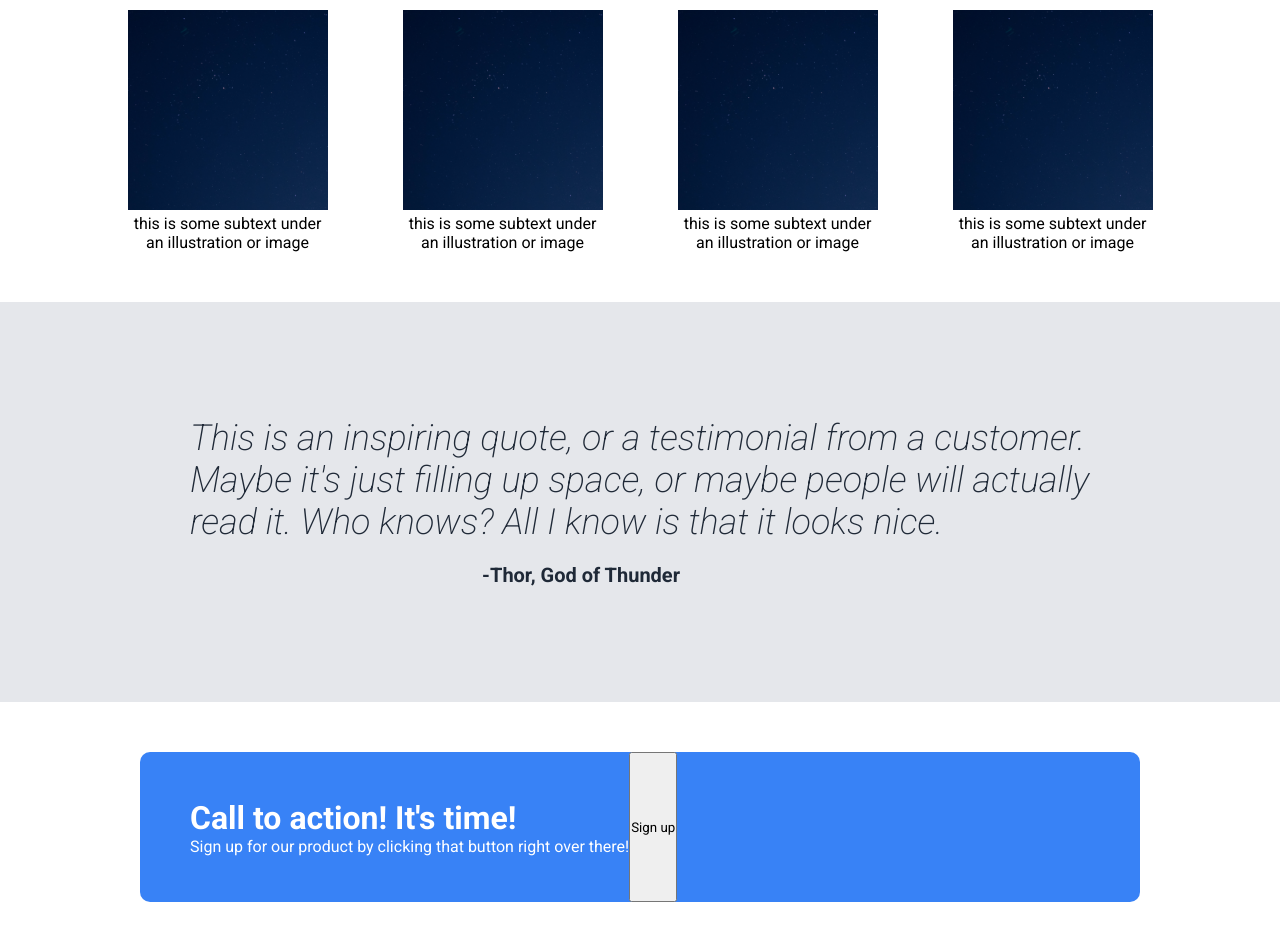
Repository: aaronestre/odin-landingpage
Page: index.html
These files come from the project's save history. The page is drawn as it stood at one moment and after the next save; the edit follows.
The browser window is 1280 px wide. The pictures show the part of the page from y = 682 to 1634 px (the page is 1634 px tall).
A picture or video elsewhere on the page could not be fetched, so the positions and the page height are approximate.

Above is the page before, as saved 2025-02-12 21:25:08.

### index.html
<!DOCTYPE html>
<html lang="en">
    <head>
        <meta charset="UTF-8" />
        <meta http-equiv="X-UA-Compatible" content="IE=edge" />
        <meta name="viewport" content="width=device-width, initial-scale=1.0" />
        <link rel="stylesheet" href="index.css" />
        <link rel="preconnect" href="https://fonts.googleapis.com">
<link rel="preconnect" href="https://fonts.gstatic.com" crossorigin>
<link href="https://fonts.googleapis.com/css2?family=Permanent+Marker&family=Roboto:ital,wght@0,100..900;1,100..900&display=swap" rel="stylesheet">

        <title>Odin Landing Page</title>
    </head>
    <body>
        <div class="header">
            <h1>Header Logo</h1>
            <div class="header-right">
                <p>header link 1</p>
                <p>header link 2</p>
                <p>header link 3</p>
            </div>
        </div>
        <div class="hero">
            <div class="hero-left">
                <h1>This website is awesome</h1>
                <p>This website has some subtext that goes here under the main title. It's a smaller font and the color is lower contrast</p>
                <button>Sign up</button>
            </div>
            <div class="hero-right">
                <img class="hero-image" src="./pictures/hero-image.jpg" alt="This is a placeholder for an image" />
            </div>
        </div>
        <div class="info">
            <h1>Some random information.</h1>
            <div class="info-container">
                <div class="info-item">
                    <img class="info-image" src="./pictures/placeholder.jpg" alt="This is a placeholder for an image" />
                    <p class="info-text">this is some subtext under an illustration or image</p>
                </div>
                <div class="info-item">
                    <img class="info-image" src="./pictures/placeholder.jpg" alt="This is a placeholder for an image" />
                    <p class="info-text">this is some subtext under an illustration or image</p>
                </div>
                <div class="info-item">
                    <img class="info-image" src="./pictures/placeholder.jpg" alt="This is a placeholder for an image" />
                    <p class="info-text">this is some subtext under an illustration or image</p>
                </div>
                <div class="info-item">
                    <img class="info-image" src="./pictures/placeholder.jpg" alt="This is a placeholder for an image" />
                    <p class="info-text">this is some subtext under an illustration or image</p>
                </div>
            </div>
        </div>
        <div class="quote">
            <p class="quote-text">
                This is an inspiring quote, or a testimonial from a customer. Maybe it's just filling up space, or maybe people will actually read it. Who knows? All I know is that it looks nice.
            </p>
            <p class="quote-author">-Thor, God of Thunder</p>
        </div>
        <div class="cta">
            <div class="cta-container">
                <div class="cta-text">
                    <h1>Call to action! It's time!</h1>
                    <p>Sign up for our product by clicking that button right over there!</p>
                </div>
                <button>Sign up</button>
            </div>
        </div>
    </body>
</html>

### index.css
* {
    margin: 0;
    padding: 0;
    box-sizing: border-box;
    font-family: Roboto;
}

.header {
    background-color: #1f2937;
    margin: 0px;
    width: 100%;
    height: 50px;
    color: white;
    font-family: Roboto;
    display: flex;
    justify-content: space-around;
    align-items: center;
}

.header h1 {
    font-size: 32px;
}

.header-right {
    display: flex;
    justify-content: flex-end;
    font-size: 18px;
    gap: 16px;
}

.hero {
    background-color: #1f2937;
    color: white;
    width: 100%;
    height: 500px;
    display: flex;
    justify-content: space-around;
    align-items: center;
}

.hero-left {
    margin-left: 175px;
    width: 20%;
}

.hero h1 {
    font-size: 48px;
    margin-bottom: 10px;
}

.hero p {
    font-size: 18px;
    margin-bottom: 10px;
}

.hero button {
    background-color: #3882f6;
    color: white;
    width: 100px;
    height: 40px;
    border-radius: 10px;
    border: none;
}

.hero-image {
    background-color: #1f2937;
    margin-right: 175px;
    height: 350px;
    display: flex;
    justify-content: center;
    align-items: center;
}

.info {
    display: flex;
    flex-direction: column;
    justify-content: center;
    align-items: center;
    margin-bottom: 50px;
}

.info h1 {
    font-size: 36px;
    margin: 50px 0;
}

.info-container {
    display: flex;
    justify-content: center;
    align-items: center;
    gap: 75px;
}

.info-image {
    width: 200px;
}

.info-text {
    width: 200px;
    text-align: center;
}

.quote {
    background-color: #e5e7eb;
    display: flex;
    flex-direction: column;
    justify-content: center;
    align-items: center;
    font-size: 36px;
    color: #1f2937;
    height: 400px;
}

.quote-text {
    font-style: italic;
    font-weight: 200;
    margin-bottom: 20px;
    width: 900px;
}

.quote-author {
    font-weight: bold;
    font-size: 20px;
    align-self: flex-end;
    margin-right: 600px;
}

.cta {
    color: #fff;
    display: flex;
    justify-content: center;
    margin: 50px;
}

.cta-container {
    background-color: #3882f6;
    display: flex;
    height: 150px;
    width: 1000px;
    border-radius: 10px;
}

.cta-text {
    display: flex;
    flex-direction: column;
    justify-content: center;
    margin-left: 50px;
}

After the next save:
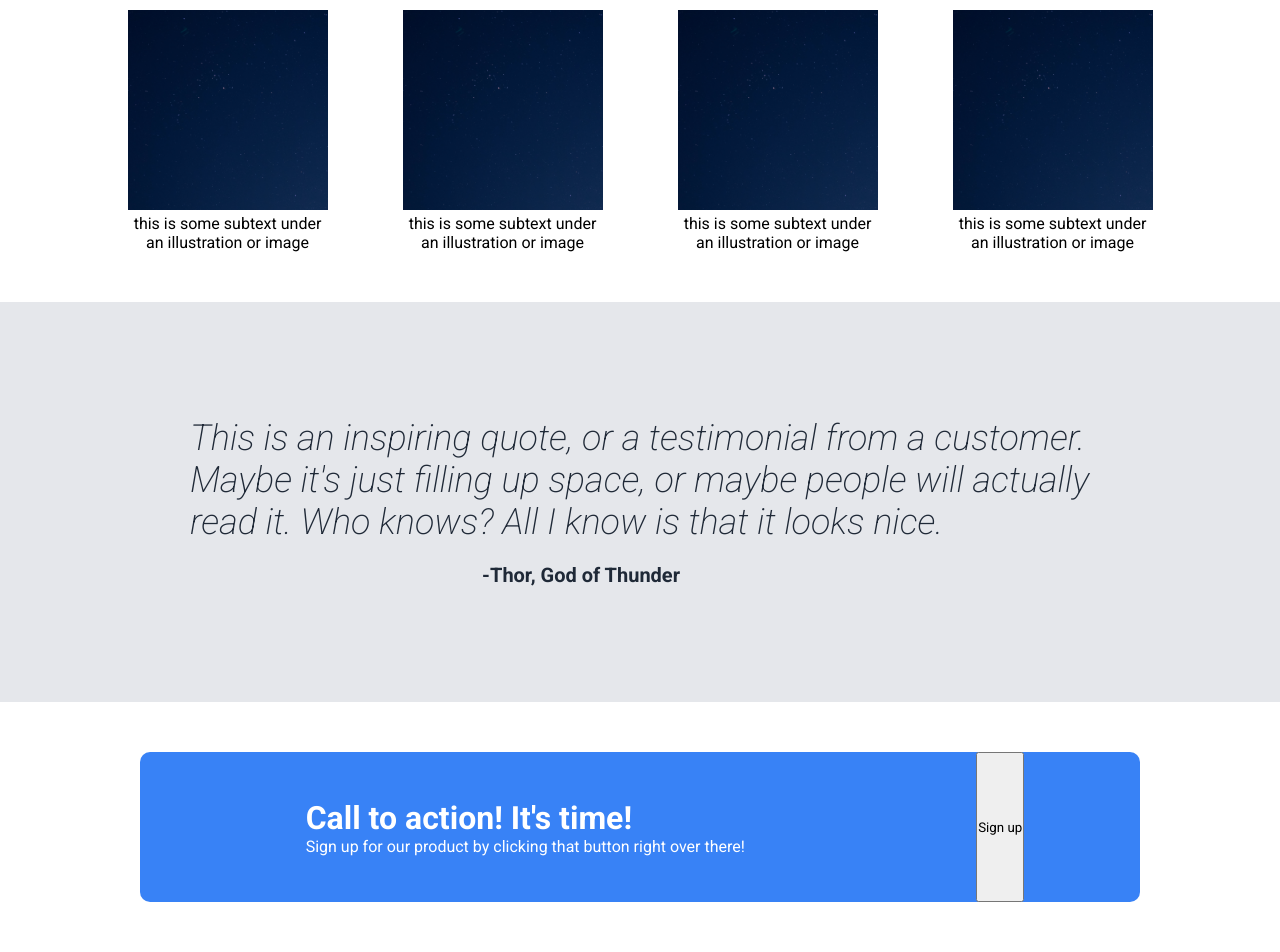
Saved 17 s later.
--- a/index.css
+++ b/index.css
@@ -138,6 +138,7 @@
     height: 150px;
     width: 1000px;
     border-radius: 10px;
+    justify-content: space-around;
 }
 
 .cta-text {
